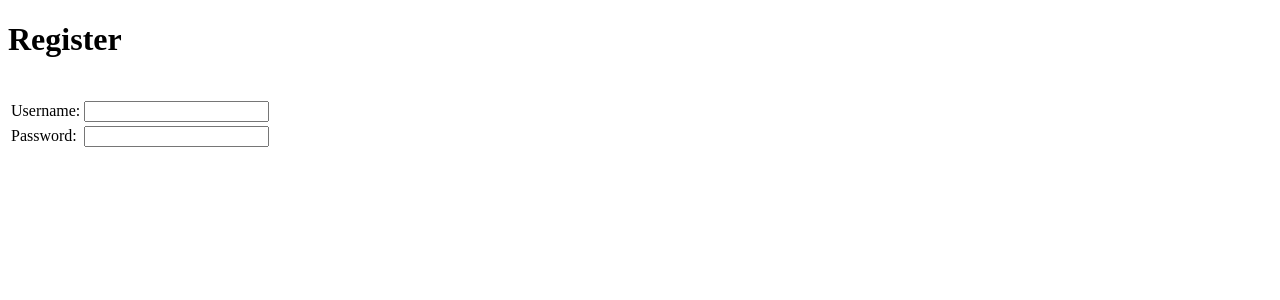
Repository: devjackluo/Java-Servlet-Demo
Page: ServletAppDemo/WebContent/Register.html
The author's editor kept a copy of each file at every save. The page is drawn from the files as they stood at one save, then again after the next save.
The browser window is 1280 px wide. The pictures show the whole page.

Above is the page before, as saved 2019-01-31 22:34:42.

After the next save:
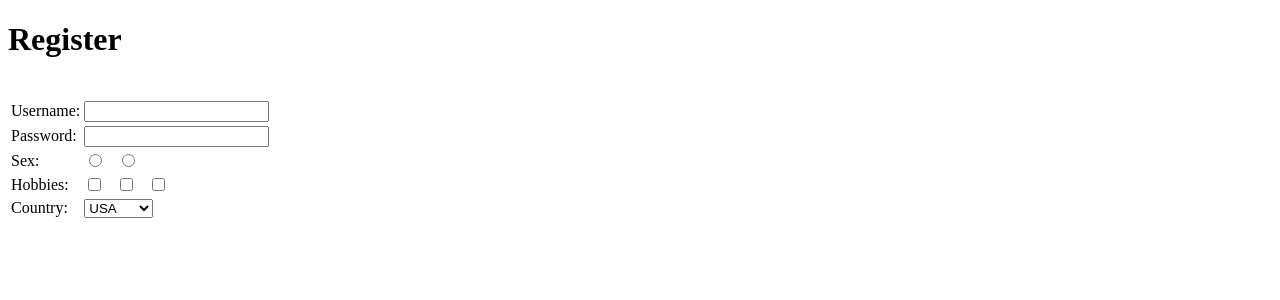
Saved 4 min 19 s later.
--- a/ServletAppDemo/WebContent/Register.html
+++ b/ServletAppDemo/WebContent/Register.html
@@ -18,6 +18,35 @@
 					<td>Password: </td>
 					<td><input type="password" name="password"></td>
 				</tr>
+				<tr>
+					<td>Sex: </td>
+					<td>
+						<input type="radio" name="gender" value="Male">
+						&nbsp;
+						<input type="radio" name="gender" value="Female">
+					</td>
+				</tr>
+				<tr>
+					<td>Hobbies: </td>
+					<td>
+						<input type="checkbox" name="hobbies" value="Movies">
+						&nbsp;
+						<input type="checkbox" name="hobbies" value="Games">
+						&nbsp;
+						<input type="checkbox" name="hobbies" value="Eating">
+					</td>
+				</tr>
+				<tr>
+					<td>Country: </td>
+					<td>
+						<select name="country">
+							<option value="USA">USA</option>
+							<option value="China">China</option>
+							<option value="Mexico">Mexico</option>
+							<option value="Canada">Canada</option>
+						</select>
+					</td>
+				</tr>
 			</tbody>
 		</table>
 	</form>
